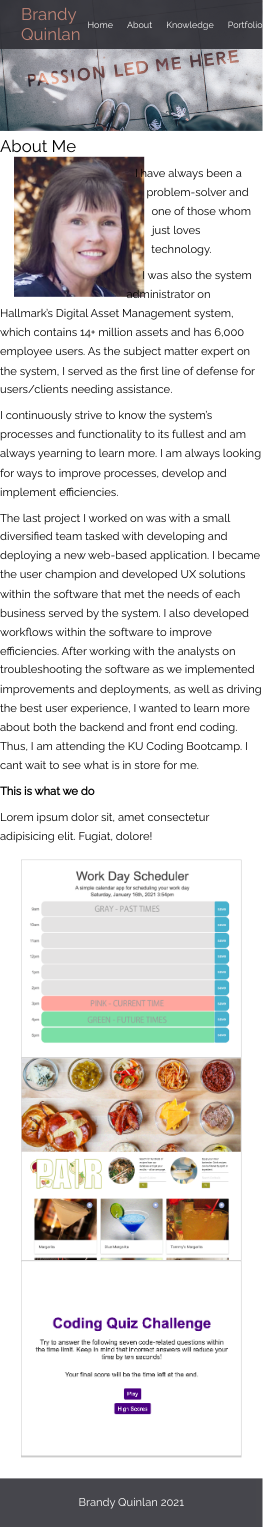
Repository: brandyquinlan/brandyquinlan
Page: index.html
The author's editor kept a copy of each file at every save. The page is drawn from the files as they stood at one save, then again after the next save.
The browser window is 375 px wide. The pictures show the whole page, at 70% of full size.
Some web libraries are served in a nearby version.

Above is the page before, as saved 2021-02-05 21:18:53.

### index.html
<!DOCTYPE html>
<html lang="en">

<head>
    <meta charset="UTF-8">
    <meta name="viewport" content="width=device-width, initial-scale=1.0">
    <link href="https://fonts.googleapis.com/css2?family=Roboto" rel="stylesheet">
    <link href="https://fonts.googleapis.com/css2?family=Raleway" rel="stylesheet">

    <link rel="stylesheet" href="https://cdnjs.cloudflare.com/ajax/libs/font-awesome/5.13.0/css/all.min.css" integrity="sha256-h20CPZ0QyXlBuAw7A+KluUYx/3pK+c7lYEpqLTlxjYQ=" crossorigin="anonymous" />
    <link rel="stylesheet" href="css/style.css">
    <title>Quinlan Portfolio</title>
</head>

<body id="home">
    <header class="hero">
        <div id="navbar" class="navbar">
            <h1 class="name">Brandy Quinlan</h1>
            <nav>
                <ul>
                    <li><a href="#home">Home</a></li>
                    <li><a href="#about">About</a></li>
                    <li><a href="#knowledge">Knowledge</a></li>
                    <li><a href="portfolio.html">Portfolio</a></li>
                    <li><a href="contact.html">Contact</a></li>
                </ul>
            </nav>
        </div>
        <section class="container">
            <img src="img/ian-schneider-TamMbr4okv4-unsplash.png" alt="" class="no-repeat  center center/cover">
        </section>
        <!-- <div id="content">
            <h1>My Slogan</h1>
            <p>Lorem ipsum dolor sit amet, consectetur adipisicing elit. Delectus, molestiae.</p>
        </div> -->
    </header>

    <!-- About -->
    <section id="aboutMe">
        <h1>About Me</h1>
        <div id="aboutRow1">

            <img class="float-left img-fluid mr-4 w-25" src="img/Me_copy.png" alt="Brandy Quinlan">
        </div>
        <p>
            I have always been a problem-solver and one of those whom just loves technology.
        </p>
        <p>
            I was also the system administrator on Hallmark’s Digital Asset Management system, which contains 14+ million assets and has 6,000 employee users. As the subject matter expert on the system, I served as the first line of defense for users/clients needing
            assistance.
        </p>
        <p> I continuously strive to know the system’s processes and functionality to its fullest and am always yearning to learn more. I am always looking for ways to improve processes, develop and implement efficiencies.
        </p>
        <p>
            The last project I worked on was with a small diversified team tasked with developing and deploying a new web-based application. I became the user champion and developed UX solutions within the software that met the needs of each business served by the
            system. I also developed workflows within the software to improve efficiencies. After working with the analysts on troubleshooting the software as we implemented improvements and deployments, as well as driving the best user experience, I
            wanted to learn more about both the backend and front end coding. Thus, I am attending the KU Coding Bootcamp. I cant wait to see what is in store for me.
        </p>

    </section>
    <!-- Portfolio Gallery -->
    <section class="projects flex-grid section-padding">
        <header class="section-header">
            <h4>This is what we do</h4>
            <p>
                Lorem ipsum dolor sit, amet consectetur adipisicing elit. Fugiat, dolore!
            </p>
        </header>
        <div class="row">
            <div class="projectsGallery">

                <a href="https://brandyquinlan.github.io/HW05_Day_Planner/" target=”_blank”>
                    <img src="img/day_planner.png" alt="" />
                </a>
                <a href="https://brandyquinlan.github.io/PAIR/" target=”_blank”>
                    <img src="/img/PAIR.png" alt="" />
                </a>
                <a href="https://brandyquinlan.github.io/HW04_Coding_Quiz/" target=”_blank”>
                    <img src="img/code-quiz.png" alt="Code Quiz Project" />
                </a>
                <a href="">
                    <img src="" alt="" />
                </a>
            </div>
    </section>
    <footer>
        <div>
            <p>Brandy Quinlan 2021</p>
        </div>
    </footer>

</body>

</html>

### css/style.css
        * {
            box-sizing: border-box;
            margin: 0;
            padding: 0;
        }
        /* Base Styles */

        body {
            font-family: 'Raleway', sans-serif;
            background: #fff;
            /* color: #333; */
            line-height: 1.7;
        }

        h1,
        h2 {
            font-weight: 250;
            font-size: 1.5rem;
            line-height: 1.2;
        }

        ul {
            list-style: none;
        }

        p {
            margin: 10px 0;
        }

        a {
            text-decoration: none;
            color: #333;
        }

        img {
            max-width: 100%;
        }
        /* Header */

        header h1 {
            color: #bf8273;
            padding-left: 10px;
        }
        /* Navbar */

        #navbar {
            display: flex;
            align-items: center;
            justify-content: space-between;
            width: 100%;
            height: 70px;
            position: fixed;
            top: 0px;
            background: #333339;
            color: #fff;
            opacity: .8;
            padding: 0 20px;
        }

        #navbar a {
            color: #fff;
            padding: 10px 10px;
            font-size: .8rem;
        }

        #navbar a:hover {
            color: #a35a4e;
        }

        #navbar ul {
            display: flex;
        }
        /* About */

        #about {
            border: 30px #5b8f9c solid;
            padding: 30px 80px;
            background: #f4f4f4;
            color: #333;
            /* background: #99999d;
            color: #fff; */
            font-size: .9rem;
        }

        #about h1 {
            color: #e6978a;
            padding-bottom: 20px;
        }

        #aboutRow1 {
            float: left;
            /* padding: 20px; */
            justify-content: space-between;
            margin: 0 20px;
            shape-outside: circle();
        }

        #about img {
            border-radius: 50%;
            margin-right: 50px;
            width: 150px;
            height: 150px;
        }
        /* Knowledge */

        #knowledge h1 {
            /* border-top: #99999d 5px solid; */
            color: #e6978a;
            /* font-weight: bolder; */
            padding: 20px 0 0 80px;
            background: #fff;
        }

        .blocks {
            position: relative;
            top: 15px;
            height: 260px;
            font-size: .9rem;
            background: #f4f4f4;
            border: #ccc 1px dashed;
        }

        .box {
            float: left;
            width: 30%;
            padding: 50px 30px 30px;
            text-align: center;
        }

        .box i {
            margin-bottom: 10px;
        }

        .blocks #box2 {
            background: #e6978a;
            color: #fff;
            height: 260px;
            width: 40%;
            /* position: relative;
            top: -10px; */
        }

        .blocks p {
            margin-bottom: 25px;
        }

        .blocks .btn {
            background: #333;
            color: #fff;
            padding: 5px 15px;
            margin-top: 15px;
            cursor: pointer;
        }

        .blocks .btn:hover {
            opacity: .8;
        }
        /* Projects */

        .projectsGallery {
            padding: 10px 5px 20px 30px;
            display: flex;
            justify-content: space-around;
            align-items: center;
        }

        .projects img {
            border: #ccc 1px solid;
            width: 30vw;
        }

        .projectsGallery p {
            background: #e6978a;
        }

        .projects h1 {
            justify-content: center;
            color: #e6978a;
            padding: 40px 0 0 80px;
        }
        /* Contact */
        /* .form-group {
            align-items: center;
        } */

        #contact {
            display: flex;
            justify-content: space space-between;
            width: 100%;
            max-width: 1920px;
            margin-top: 40px;
            padding: 20px 80px;
            background: #99999d;
            color: #fff;
            font-size: .9rem;
        }

        #contact .column2 {
            width: 40vw;
            align-items: center;
            margin-left: 40px;
            padding: 25px;
            font-size: .9rem;
            border: 15px solid #67a5b4;
        }

        #contact form {
            width: 40vw;
            outline-color: #e6978a;
        }

        #contact input {
            /* display: inline-block;
            flex-direction: column; */
            width: 100%;
            /* margin: 5px 0 0 0; */
            padding: 5px;
            outline: none;
            outline-color: #e6978a;
            /* border-top-style: hidden;
            border-right-style: hidden; */
            border-style: hidden;
            /* border-bottom-style: groove; */
        }

        #contact label {
            /* display: inline-block; */
            margin-bottom: 5px;
            outline-color: #e6978a;
        }

        #contact textarea {
            height: 60px;
            width: 100%;
            outline-color: #e6978a;
            border-style: hidden;
        }

        #contact .btn {
            border-style: hidden;
            text-align: center;
            background: #e6978a;
            width: 30%;
            margin: 5px 0 5px 0;
            padding: 5px;
            color: #333339;
            /* outline: none; */
            /* background: #e6978a; */
            /* outline: none; */
        }

        #contact h1 {
            padding-top: 5px;
        }
        /* Footer */

        footer {
            background: #333339;
            opacity: .9;
            height: 70px;
        }

        footer p {
            display: flex;
            align-items: center;
            justify-content: center;
            color: #fff;
            padding-top: 20px;
        }

        @media(max-width:768px) {
            .projects h1,
            #knowledge h1 {
                padding: 40px 0 0 35px;
            }
            .box {
                padding: 30px;
                text-align: center;
            }
        }

        @media(max-width:500px) {
            #navbar {
                opacity: .95;
            }
            .projects h1,
            #knowledge h1 {
                padding: 40px 0 0 35px;
            }
            .box {
                padding: 30px;
                text-align: center;
            }
            .projectsGallery {
                display: flex;
                display: block;
                margin: auto;
                padding: 10px 30px 20px 30px;
                /* flex-direction: column; */
                /* justify-content: space-around; */
                /* align-items: center; */
            }
            .projects img {
                border: #ccc 1px solid;
                width: 100%;
                display: block;
            }
        }

After the next save:
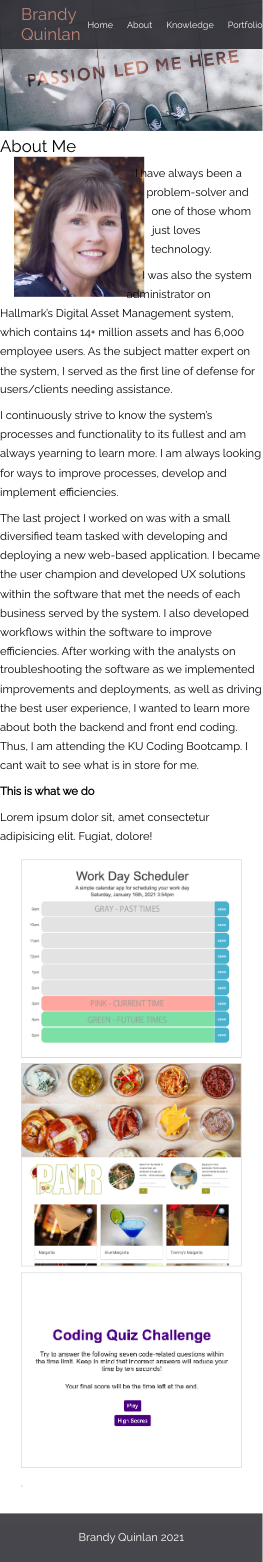
Saved 14 s later.
--- a/css/style.css
+++ b/css/style.css
@@ -303,6 +303,6 @@
             .projects img {
                 border: #ccc 1px solid;
                 width: 100%;
-                display: block;
-            }
-        }
+                /* display: block; */
+            }
+        }
